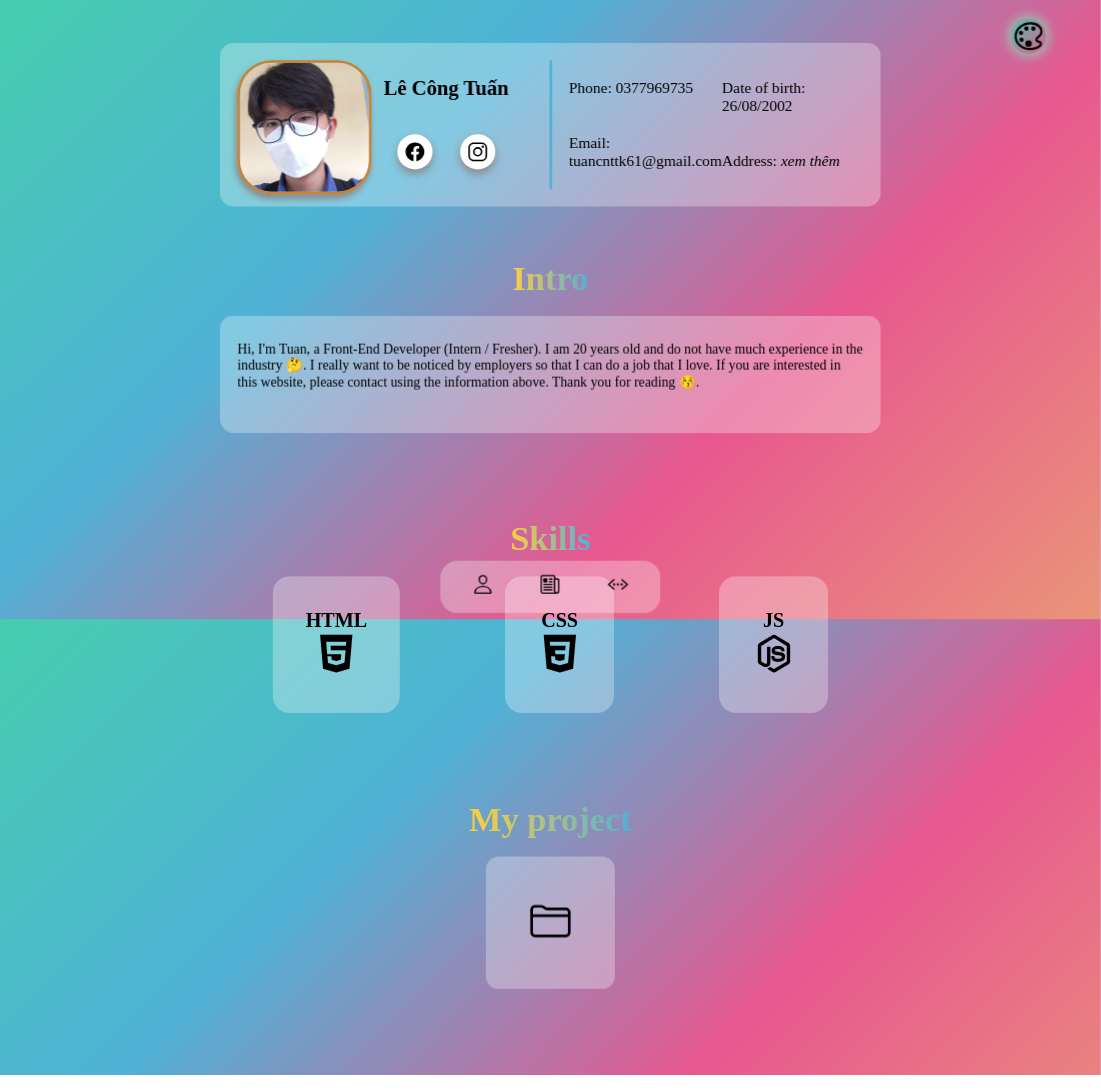
Repository: LeCongTuan2608/Profile
Page: index.html
These files come from the project's save history. The page is drawn as it stood at one moment and after the next save; the edit follows.
The browser window is 1280 px wide. The pictures show the whole page, at 86% of full size.
Backgrounds fixed to the window are drawn as part of the page. The style sheet was rebuilt from its Sass, Less or Tailwind sources for each picture, by a compiler version that may differ from the author's.

Above is the page before, as saved 2022-05-05 11:35:57.

### index.html
<!DOCTYPE html>
<html lang="en">
   <head>
      <meta charset="UTF-8" />
      <meta http-equiv="X-UA-Compatible" content="IE=edge" />
      <meta name="viewport" content="width=device-width, initial-scale=1.0" />

      <script type="module" src="https://unpkg.com/ionicons@5.5.2/dist/ionicons/ionicons.esm.js"></script>
      <script nomodule src="https://unpkg.com/ionicons@5.5.2/dist/ionicons/ionicons.js"></script>

      <link rel="preconnect" href="https://fonts.googleapis.com" />
      <link rel="preconnect" href="https://fonts.gstatic.com" crossorigin />
      <link href="https://fonts.googleapis.com/css2?family=Pacifico&display=swap" rel="stylesheet" />

      <link href="https://unpkg.com/aos@2.3.1/dist/aos.css" rel="stylesheet" />
      <script src="https://unpkg.com/aos@2.3.1/dist/aos.js"></script>

      <link rel="stylesheet" href="./sass/css/style.css" />
      <title>Profile</title>
   </head>
   <body>
      <div class="container">
         <div class="palette">
            <ion-icon name="color-palette-outline"></ion-icon>
            <div class="list-color">
               <ul>
                  <li class="bgr-color"></li>
                  <li class="bgr-color"></li>
                  <li class="bgr-color"></li>
               </ul>
            </div>
         </div>

         <div class="contents">
            <div data-aos="flip-left" data-aos-duration="1500">
               <div class="card-info">
                  <div class="personal-information">
                     <div class="image">
                        <div class="user-image">
                           <img src="./images/1.JPG" alt="" />
                        </div>
                        <div class="user-intro">
                           <h2>Lê Công Tuấn</h2>
                           <div class="user-intro-navigation">
                              <div class="navigation-fb">
                                 <a href="https://www.facebook.com/profile.php?id=100026041985048"
                                    ><ion-icon name="logo-facebook"></ion-icon
                                 ></a>
                                 <span>facebook</span>
                              </div>
                              <div class="navigation-ins">
                                 <a href="https://www.instagram.com/tuanle2608/"
                                    ><ion-icon name="logo-instagram"></ion-icon
                                 ></a>
                                 <span>instagram</span>
                              </div>
                           </div>
                        </div>
                     </div>
                     <div class="contact">
                        <div class="contact-info">
                           <span>Phone: 0377969735</span>
                           <span>Email: tuancnttk61@gmail.com</span>
                        </div>
                        <div class="contact-info">
                           <span>Date of birth: 26/08/2002</span>
                           <span>Address: <i id="see">xem thêm</i></span>
                        </div>
                     </div>
                  </div>
               </div>
            </div>
            <div class="card-intro">
               <div class="intro-yourself">
                  <div class="title">
                     <div data-aos="fade-up" data-aos-duration="1000">
                        <h1>Intro</h1>
                     </div>
                  </div>
                  <div data-aos="flip-down" data-aos-duration="1000">
                     <div class="intro-content">
                        <p>
                           Hi, I'm Tuan, a Front-End Developer (Intern / Fresher). I am 20 years old and do not have
                           much experience in the industry 🤔. I really want to be noticed by employers so that I can do
                           a job that I love. If you are interested in this website, please contact using the
                           information above. Thank you for reading 😚.
                        </p>
                     </div>
                  </div>
               </div>

               <div class="my-skills">
                  <div class="title">
                     <div data-aos="fade-down" data-aos-easing="linear" data-aos-duration="300">
                        <h1>Skills</h1>
                     </div>
                  </div>
                  <div class="skills-content">
                     <div class="list-skills">
                        <div data-aos="fade-right">
                           <h3>HTML</h3>
                           <ion-icon name="logo-html5"></ion-icon>
                        </div>

                        <div data-aos="fade-down">
                           <h3>CSS</h3>
                           <ion-icon name="logo-css3"></ion-icon>
                        </div>

                        <div data-aos="fade-left">
                           <h3>JS</h3>
                           <ion-icon name="logo-nodejs"></ion-icon>
                        </div>
                     </div>
                  </div>
               </div>

               <div class="my-project">
                  <div class="title">
                     <div data-aos="fade-up" data-aos-anchor-placement="bottom-bottom">
                        <h1>My project</h1>
                     </div>
                  </div>
                  <div class="project-box">
                     <div data-aos="zoom-in">
                        <div class="box">
                           <ion-icon name="folder-outline"></ion-icon>
                        </div>
                     </div>
                  </div>
               </div>
            </div>
         </div>

         <div class="box-container">
            <div class="list-project">
               <div class="close">
                  <ion-icon name="close-circle-outline"></ion-icon>
               </div>

               <ul>
                  <li>
                     <a href="https://lecongtuan2608.github.io/Youtube/">https://lecongtuan2608.github.io/Youtube/</a>
                  </li>
                  <li><a href="https://lecongtuan2608.github.io/music/">https://lecongtuan2608.github.io/music/</a></li>
               </ul>
            </div>
         </div>
         <div class="toolbar">
            <div class="tollbar-list">
               <ul>
                  <li><ion-icon name="person-outline"></ion-icon></li>
                  <li><ion-icon name="newspaper-outline"></ion-icon></li>
                  <li><ion-icon name="code-working-outline"></ion-icon></li>
               </ul>
            </div>
         </div>
      </div>
   </body>
   <script>
      AOS.init();
   </script>
   <script src="./js/app.js"></script>
</html>

### js/app.js
const open_project = document.querySelector('.box');
const box_container = document.querySelector('.box-container');
const close_box = document.querySelector('.close');
const list_project = document.querySelector('.list-project');
open_project.addEventListener('click', function () {
   box_container.classList.add('open');
});
close_box.addEventListener('click', function () {
   box_container.classList.remove('open');
});
box_container.addEventListener('click', function () {
   box_container.classList.remove('open');
});
list_project.addEventListener('click', function (event) {
   event.stopPropagation();
});

const palette = document.querySelector('.palette');
var bgr_colors = document.querySelectorAll('.bgr-color');
const container = document.querySelector('.container');
// for (const bgr_color of bgr_colors) {

//    });
// }
function bgr_change() {
   for (let i = 0; i < bgr_colors.length; i++) {
      bgr_colors[i].addEventListener('click', function () {
         bgr_colors = i;
         if (bgr_colors == 0) {
            container.classList.remove('bgr-color-2');
            container.classList.remove('bgr-color-3');
            container.classList.add('bgr-color-1');
         } else if (bgr_colors == 1) {
            container.classList.remove('bgr-color-3');
            container.classList.remove('bgr-color-1');
            container.classList.add('bgr-color-2');
         } else if (bgr_colors == 2) {
            container.classList.remove('bgr-color-1');
            container.classList.remove('bgr-color-2');
            container.classList.add('bgr-color-3');
         }
      });
   }
}
bgr_change();

### sass/style.scss
*{
    margin: 0;
    padding: 0;
}
html{
    width: 100%;
    height: 100%;
    padding: 0;
    margin: 0;
    font-family: 'Fredoka One', cursive;

}
body{
    width: 100%;
    height: auto;

}
.container{
    padding-top: 50px;
    width: 100%;
    height: auto;
    position: relative;
    background-image: linear-gradient(-45deg, #ea9479, #e7588f, #4fb2d6, #46cdae);
    background-attachment: fixed;
}
.bgr-color-1{
    background-image: linear-gradient(90deg, #74EBD5 0%, #9FACE6 100%);
    background-attachment: fixed;
}
.bgr-color-2{
    background-image: linear-gradient(to right, #eea2a2 0%, #bbc1bf 19%, #57c6e1 42%, #b49fda 79%, #7ac5d8 100%);
    background-attachment: fixed;
}
.bgr-color-3{
    background-image: linear-gradient(to top, #88d3ce 0%, #6e45e2 100%);
    background-attachment: fixed;
}
.palette{
    position: fixed;
    top: 3%;
    right: 5%;
    font-size: 40px;
}
.list-color ul{
    position: absolute;
}
.palette:hover ul li{
    display: block;
}
// chọn màu bgr
.list-color ul li:first-child{
    margin-bottom: 10px;
    background-image: linear-gradient(90deg, #74EBD5 0%, #9FACE6 100%);
}
.list-color ul li:nth-of-type(2){
    margin-bottom: 10px;
    background-image: linear-gradient(to right, #eea2a2 0%, #bbc1bf 19%, #57c6e1 42%, #b49fda 79%, #7ac5d8 100%);
}
.list-color ul li:last-child{
    background-image: linear-gradient(to top, #88d3ce 0%, #6e45e2 100%);

}

.list-color ul li{
    list-style-type: none;
    display: none;
    width: 40px;
    height: 40px;
    border-radius: 100rem;
    box-shadow: #3d3d3d -1px 2px 5px 2px;

}
.toolbar{
    width:  20%;
    border-radius: 20px;
    position: fixed;
    font-size: 25px;
    left: 50%;
    transform: translateX(-50%);
    bottom: 1%;
    background-color: rgba($color: white, $alpha: 0.3);
}
.tollbar-list{
    padding: 10px;
}
.toolbar ul{
    display: flex;
    justify-content: space-around;
}
.toolbar ul li {
    list-style-type: none;
    display: inline;
    border-radius: 100rem;
    cursor: pointer;
}
.toolbar ul li ion-icon{
    padding: 5px;
}
.toolbar ul li:hover {
background-color: #a5e296;
}
.palette ion-icon{
    background-image: linear-gradient(-45deg, #e7588f,#46cdae);
    border-radius: 100rem;
    box-shadow: #a9a9a9 0px 0px 10px 6px;
    cursor: pointer;
}
.contents{
    width: 100%;
    display: flex;
    flex-wrap: wrap;
    align-content: center;
    flex-direction: column;
}
.contents > div{
    width: 60%;
}
.card-info{
    background-color: rgba($color: white, $alpha: 0.3);
    border-radius: 15px;
}
.personal-information{
    padding: 20px;
    display: flex;

}
.image{
    display: flex;
    flex: 1;
    border-right: 3px solid;
    border-color:#4fb2d6;
    padding-right: 20px;
}
.user-image{
    width: 150px;
    height: 150px;
    // border: 3px solid;
    // border-image-source: linear-gradient(to top, #f64f59, #9634c8);
    // border-image-slice :1;
}
.user-image img{
    width: 100%;
    height: 100%;
    object-fit: cover;
    border-radius: 40px;
    border: solid;
    border-color: #cd802e;
    box-shadow: rgb(137, 137, 137) -2px 5px 7px 0px;


}
.user-intro{
    display: flex;
    margin-left: 20px;
    flex-direction: column;
    justify-content: space-around;
}
.user-intro-navigation{
    display: flex;
    justify-content: space-around;
}
.user-intro-navigation a{
    color: black;
    text-decoration: none;
}
.user-intro-navigation a > ion-icon{
    font-size: 25px;
    border-radius: 100rem;
    padding: 8px;
    background-color: white;
    box-shadow: rgb(137, 137, 137) 0px 5px 10px 0px;
}
.navigation-fb{
    position: relative;
}
.navigation-fb span{
    display: none;
}
.navigation-fb a > ion-icon:hover{
    background-color: rgb(153, 159, 248);
}
.navigation-fb:hover span{
    position: absolute;
    display: block;
    background-color: rgb(153, 159, 248);
    border-radius: 40px;
    padding: 5px;
    font-size: 18px;
    top: -95%;
    left: -50%;
    font-weight: 700;
    animation: intro ease 0.5s;
    z-index: 2;
}
.navigation-fb:hover::after{
    position: absolute;
    content: "";
    width: 13px;
    height: 13px;
    background-color: rgb(153, 159, 248);
    clip-path: polygon(50% 100%, 0 0, 100% 0);
    top: -25%;
    left: 30%;
    animation: intro ease 0.5s;
    z-index: 1;
}


.navigation-ins{
    position: relative;
}
.navigation-ins span{
    display: none;
}
.navigation-ins a > ion-icon:hover{
    background-color: rgb(64, 173, 177);
}
.navigation-ins:hover span{
    position: absolute;
    display: block;
    background-color: rgb(64, 173, 177);
    border-radius: 40px;
    padding: 5px;
    font-size: 18px;
    top: -95%;
    left: -50%;
    font-weight: 700;
    animation: intro ease 0.5s;
    z-index: 2;
}
.navigation-ins:hover::after{
    position: absolute;
    content: "";
    width: 13px;
    height: 13px;
    background-color: rgb(64, 173, 177);
    clip-path: polygon(50% 100%, 0 0, 100% 0);
    top: -25%;
    left: 30%;
    animation: intro ease 0.5s;
    z-index: 1;
}
.contact{
    flex: 1;
    display: flex;
    padding-left: 20px;
}
.contact-info{
    flex: 1;
    display: flex;
    flex-direction: column;
    justify-content: space-around;
}
.contact-info span{
    font-size: 18px;
    overflow: hidden;
}

.card-intro{
    margin-top: 30px;
    width: 60%;

}
.intro-yourself{
    margin: 30px 0 100px 0;
}
.title{
    text-align: center;
    margin-bottom: 20px;
    font-size: 20px;
}
.title h1{
    display: inline-block;
    background-image: linear-gradient( to right,#ffce3d, #4fb2d6);
    color: transparent;
    -webkit-background-clip: text;
    background-clip: text;
}
.intro-content{
    padding: 30px 20px 50px 20px;
    background-color: rgba($color: white, $alpha: 0.3);
    border-radius: 15px;
}

.my-skills {
    margin: 30px 0 100px 0;
}
.skills-content .list-skills{
    display: flex;
    justify-content: space-around;
}
.skills-content .list-skills div{
    padding: 5%;
    border-radius: 20px;
    background-color: rgba(255, 255, 255, 0.3);
    list-style-type: none;
    display: inline;
    text-align: center;
    font-size: 20px;
}

.skills-content .list-skills div ion-icon{
    font-size: 50px;
}
.my-project{
    margin: 30px 0 100px 0;

}
.project-box{
    display: flex;
    justify-content: center;
}
.box{
    background-color: rgba($color: white, $alpha: 0.3);
    border-radius: 15px;
    text-align: center;
    cursor: pointer;
}
.box:hover{
    transition-duration: 0.5s;
    transform: scale(1.1, 1.1);
    box-shadow: rgba(130, 130, 130, 0.773) 0px 1px 5px 2px;
}
.box > ion-icon{
    font-size: 50px;
    padding: 50px;
}
.box-container{
    position: fixed;
    top:0;
    left: 0;
    right: 0;
    bottom: 0;
    background-color: rgba( rgb(186, 186, 186), 0.5);
    display: none;
}
.open{
    display: block;
}
.list-project{
    position: absolute;
    left: 30%;
    right: 30%;
    top: 50%;
    transform: translateY(-50%);
    border-radius: 15px;
    background-color: white;
    box-shadow: rgb(137, 137, 137) 0px 5px 10px 0px;
    text-align: center;
    animation: intro ease 1s;

}
.close{
    position: absolute;
    width: 30px;
    height: 30px;
    right: 2%;
    top: 2%;
    font-size: 25px;
    cursor: pointer;
}
.list-project ion-icon:hover{
    color: red;
    border-radius: 100rem;

}
.list-project ul{
    padding: 50px 10px 30px 10px;
}
.list-project ul li{
    list-style-type: none;
}
.list-project ul li a{
    text-decoration: none;
    color: black;
}
.list-project ul li a:hover{
    color: rgb(53, 138, 213);
}
@keyframes intro{
    from {
        transform: translateY((100%));
    }
    to{
        transform: translateY((-50%));
    }
}

After the next save:
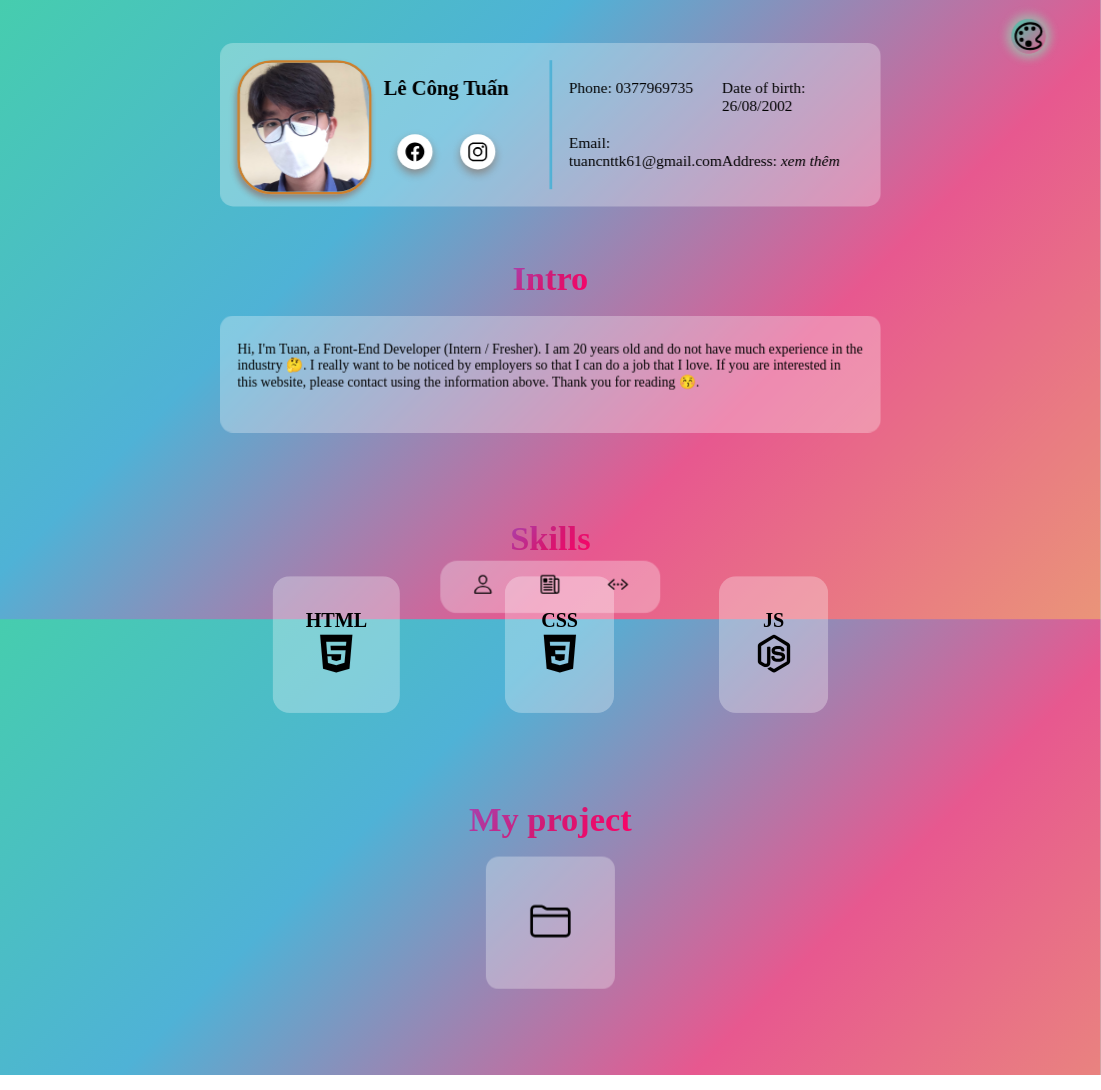
Saved 79 s later.
--- a/sass/style.scss
+++ b/sass/style.scss
@@ -271,7 +271,7 @@
 }
 .title h1{
     display: inline-block;
-    background-image: linear-gradient( to right,#ffce3d, #4fb2d6);
+    background-image: linear-gradient(-225deg, #A445B2 0%, #D41872 52%, #FF0066 100%);
     color: transparent;
     -webkit-background-clip: text;
     background-clip: text;

After the save that followed:
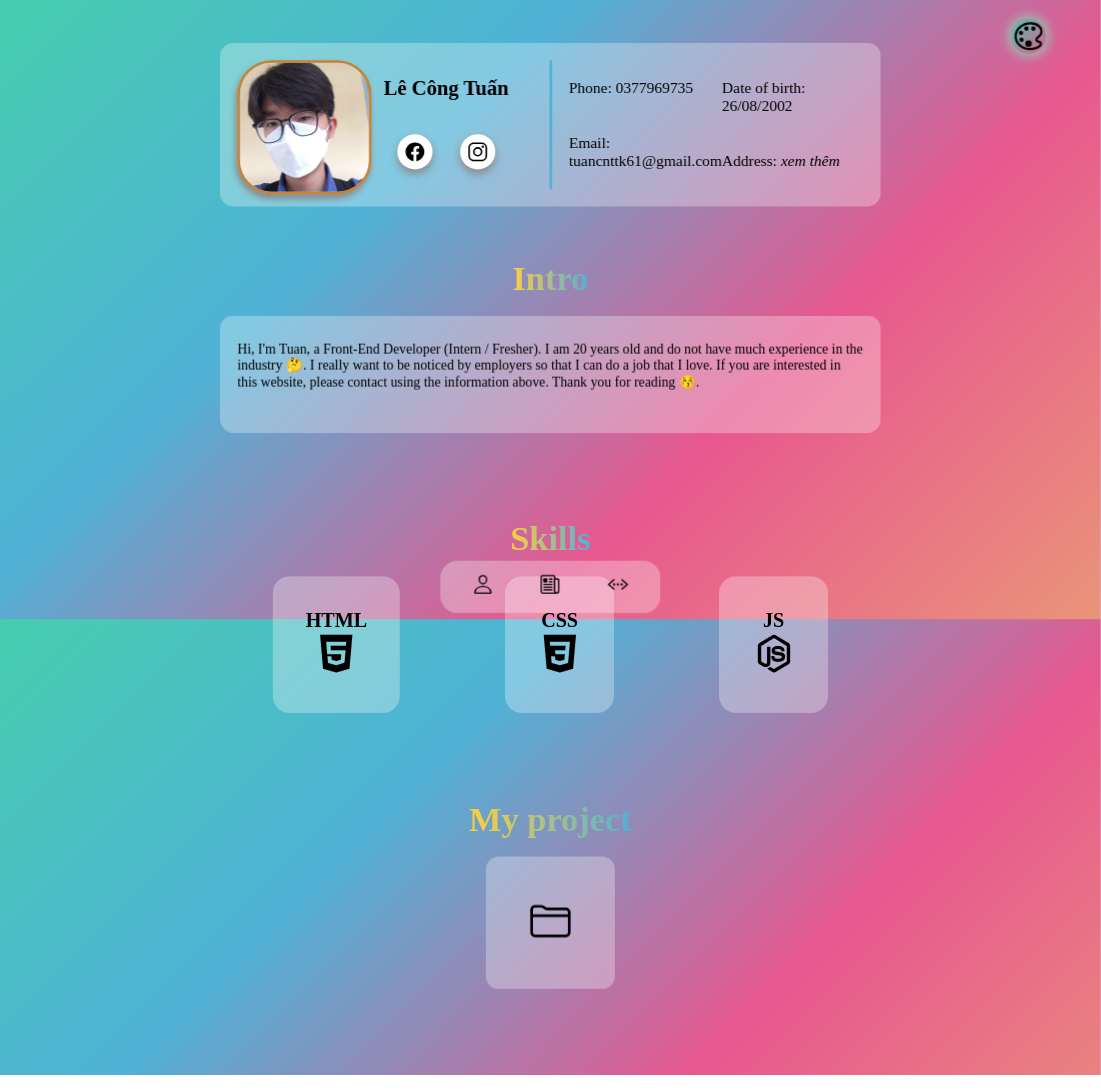
Saved 34 s later.
--- a/sass/style.scss
+++ b/sass/style.scss
@@ -271,10 +271,13 @@
 }
 .title h1{
     display: inline-block;
-    background-image: linear-gradient(-225deg, #A445B2 0%, #D41872 52%, #FF0066 100%);
+    background-image: linear-gradient( to right,#ffce3d, #4fb2d6);
     color: transparent;
     -webkit-background-clip: text;
     background-clip: text;
+}
+.text-color{
+    background-image: linear-gradient(-225deg, #A445B2 0%, #D41872 52%, #FF0066 100%);
 }
 .intro-content{
     padding: 30px 20px 50px 20px;
